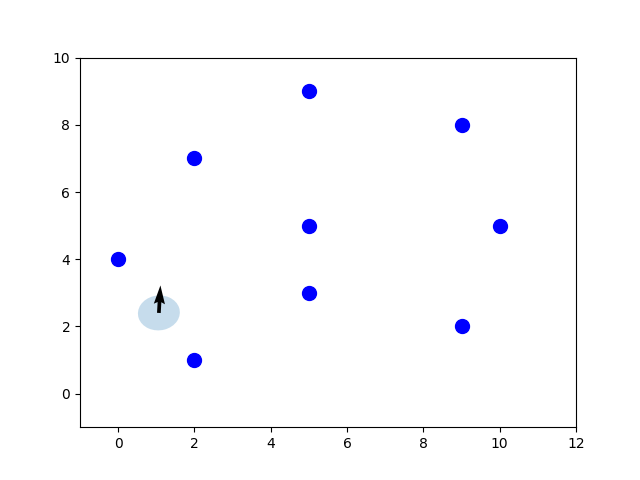
Repository: M-Usamah/Robotics
Script's output: python Project/code/kalman_filter_fill.py
The author's editor kept a copy of each file at every save. The script's output is drawn from the files as they stood at one save, then again after a run of saves.
Animations are shown at an early frame. Random numbers start from a fixed seed.

Above is the script's output before, as saved 2021-01-16 23:23:57.

### Project/code/kalman_filter_fill.py
import numpy as np
import scipy.stats
import matplotlib.pyplot as plt
from read_data import read_world, read_sensor_data
from matplotlib.patches import Ellipse

#plot preferences, interactive plotting mode
fig = plt.figure()
plt.axis([-1, 12, 0, 10])
plt.ion()
plt.show()

def plot_state(mu, sigma, landmarks, map_limits):
    # Visualizes the state of the kalman filter.
    #
    # Displays the mean and standard deviation of the belief,
    # the state covariance sigma and the position of the
    # landmarks.

    # landmark positions
    lx = []
    ly = []

    for i in range (len(landmarks)):
        lx.append(landmarks[i+1][0])
        ly.append(landmarks[i+1][1])

    # mean of belief as current estimate
    estimated_pose = mu

    #calculate and plot covariance ellipse
    covariance = sigma[0:2, 0:2]
    eigenvals, eigenvecs = np.linalg.eig(covariance)

    #get largest eigenvalue and eigenvector
    max_ind = np.argmax(eigenvals)
    max_eigvec = eigenvecs[:, max_ind]
    max_eigval = eigenvals[max_ind]

    #get smallest eigenvalue and eigenvector
    min_ind = 0
    if max_ind == 0:
        min_ind = 1

    min_eigvec = eigenvecs[:, min_ind]
    min_eigval = eigenvals[min_ind]

    #chi-square value for sigma confidence interval
    chisquare_scale = 2.2789

    #calculate width and height of confidence ellipse
    width = 2 * np.sqrt(chisquare_scale*max_eigval)
    height = 2 * np.sqrt(chisquare_scale*min_eigval)
    angle = np.arctan2(max_eigvec[1], max_eigvec[0])

    #generate covariance ellipse
    ell = Ellipse(xy = [estimated_pose[0], estimated_pose[1]], width=width, height=height, angle=angle/np.pi*180)
    ell.set_alpha(0.25)

    # plot filter state and covariance
    plt.clf()
    plt.gca().add_artist(ell)
    plt.plot(lx, ly, 'bo', markersize=10)
    plt.quiver(estimated_pose[0], estimated_pose[1], np.cos(estimated_pose[2]), np.sin(estimated_pose[2]), angles='xy', scale_units='xy')
    plt.axis(map_limits)

    plt.pause(0.01)

def prediction_step(odometry, mu, sigma):
    # Updates the belief, i.e., mu and sigma, according to the motion
    # model
    #
    # mu: 3x1 vector representing the mean (x,y,theta) of the
    # belief distribution
    # sigma: 3x3 covariance matrix of belief distribution
    x = mu[0]
    y = mu[1]
    theta = mu[2]
    delta_rot1 = odometry["r1"]
    delta_trans = odometry["t"]
    delta_rot2 = odometry["r2"]

    #motion noise
    Q = np.array([[0.2, 0.0, 0.0],\
    [0.0, 0.2, 0.0],\
    [0.0, 0.0, 0.02]])

    #noise free motion
    x_new = x + delta_trans * np.cos(theta + delta_rot1)
    y_new = y + delta_trans * np.sin(theta + delta_rot1)
    theta_new = theta + delta_rot1 + delta_rot2

    #Jakobian of g with respect to the state
    G = np.array([[1.0, 0.0, -delta_trans * np.sin(theta + delta_rot1)],\
    [0.0, 1.0, delta_trans * np.cos(theta + delta_rot1)],\
    [0.0, 0.0, 1.0]])

    #new mu and sigma
    mu = [x_new, y_new, theta_new]
    sigma = np.dot(np.dot(G,sigma),np.transpose(G)) + Q
    return mu, sigma


def correction_step(sensor_data, mu, sigma, landmarks):
    # updates the belief, i.e., mu and sigma, according to the
    # sensor model
    #
    # The employed sensor model is range-only
    #
    # mu: 3x1 vector representing the mean (x,y,theta) of the
    # belief distribution
    # sigma: 3x3 covariance matrix of belief distribution
    x = mu[0]
    y = mu[1]
    theta = mu[2]
    #measured landmark ids and ranges
    ids = sensor_data["id"]
    ranges = sensor_data["range"]
    # Compute the expected range measurements for each landmark.
    # This corresponds to the function h
    H = []
    Z = []
    expected_ranges = []
    for i in range(len(ids)):
        lm_id = ids[i]
        meas_range = ranges[i]
        lx = landmarks[lm_id][0]
        ly = landmarks[lm_id][1]
        #calculate expected range measurement
        range_exp = np.sqrt( (lx - x)**2 + (ly - y)**2 )
        #compute a row of H for each measurement
        H_i = [(x - lx)/range_exp, (y - ly)/range_exp, 0]
        H.append(H_i)
        Z.append(ranges[i])
        expected_ranges.append(range_exp)

    # noise covariance for the measurements
    R = 0.5 * np.eye(len(ids))

    # Kalman gain
    K_help = np.linalg.inv(np.dot(np.dot(H,sigma),np.transpose(H)) + R)
    K = np.dot(np.dot(sigma,np.transpose(H)),K_help)

    # Kalman correction of mean and covariance
    mu = mu + np.dot(K,(np.array(Z) - np.array(expected_ranges)))
    sigma = np.dot(np.eye(len(sigma)) - np.dot(K,H),sigma)
    return mu, sigma

def main():
    # implementation of an extended Kalman filter for robot pose estimation

    print("Reading landmark positions")
    landmarks = read_world(r"C:\Users\User\Desktop\mce412-project\data\world.dat")

    print("Reading sensor data")
    sensor_readings = read_sensor_data(r"C:\Users\User\Desktop\mce412-project\data\sensor_data.dat")

    #initialize belief
    mu = [0.0, 0.0, 0.0]
    sigma = np.array([[1.0, 0.0, 0.0],
                    [0.0, 1.0, 0.0],
                    [0.0, 0.0, 1.0]])

    map_limits = [-1, 12, -1, 10]

    #run kalman filter
    for timestep in range(len(sensor_readings)//2):

        #plot the current state
        plot_state(mu, sigma, landmarks, map_limits)

        #perform prediction step
        mu, sigma = prediction_step(sensor_readings[timestep,'odometry'], mu, sigma)

        #perform correction step
        mu, sigma = correction_step(sensor_readings[timestep, 'sensor'], mu, sigma, landmarks)

    plt.show("hold")

if __name__ == "__main__":
    main()

### Project/code/read_data.py
def read_world(filename):
    # Reads the world definition and returns a list of landmarks, our 'map'.
    #
    # The returned dict contains a list of landmarks each with the
    # following information: {id, [x, y]}

    landmarks = dict()

    f = open(filename)

    for line in f:

        line_s  = line.split('\n')
        line_spl  = line_s[0].split(' ')
        landmarks[int(line_spl[0])] = [float(line_spl[1]),float(line_spl[2])]

    return landmarks

def read_sensor_data(filename):
    # Reads the odometry and sensor readings from a file.
    #
    # The data is returned in a dict where the u_t and z_t are stored
    # together as follows:
    #
    # {odometry,sensor}
    #
    # where "odometry" has the fields r1, r2, t which contain the values of
    # the identically named motion model variables, and sensor is a list of
    # sensor readings with id, range, bearing as values.
    #
    # The odometry and sensor values are accessed as follows:
    # odometry_data = sensor_readings[timestep, 'odometry']
    # sensor_data = sensor_readings[timestep, 'sensor']

    sensor_readings = dict()

    lm_ids =[]
    ranges=[]
    bearings=[]

    first_time = True
    timestamp = 0
    f = open(filename)

    for line in f:

        line_s = line.split('\n') # remove the new line character
        line_spl = line_s[0].split(' ') # split the line

        if (line_spl[0]=='ODOMETRY'):

            sensor_readings[timestamp,'odometry'] = {'r1':float(line_spl[1]),'t':float(line_spl[2]),'r2':float(line_spl[3])}

            if first_time:
                first_time = False

            else:
                sensor_readings[timestamp,'sensor'] = {'id':lm_ids,'range':ranges,'bearing':bearings}
                lm_ids=[]
                ranges = []
                bearings = []

            timestamp = timestamp+1

        if(line_spl[0]=='SENSOR'):

            lm_ids.append(int(line_spl[1]))
            ranges.append(float(line_spl[2]))
            bearings.append(float(line_spl[3]))

        sensor_readings[timestamp-1,'sensor'] = {'id':lm_ids,'range':ranges,'bearing':bearings}

    return sensor_readings

Loaded but not shown: Project/data/world.dat (common file); Project/data/sensor_data.dat (1543 lines, source omitted)

After the next 2 saves:
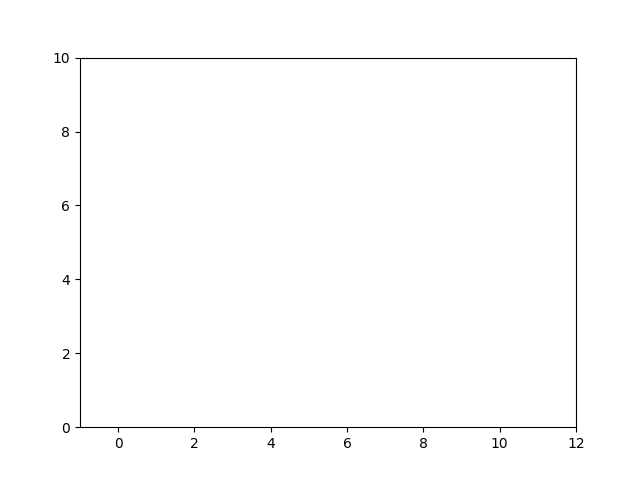
Error: NameError: name '_name_' is not defined
The 2 saves are shown as one change because 1 did not build or start.
The last was saved 5 min 32 s later.
--- a/Project/code/kalman_filter_fill.py
+++ b/Project/code/kalman_filter_fill.py
@@ -71,33 +71,37 @@
     # model
     #
     # mu: 3x1 vector representing the mean (x,y,theta) of the
-    # belief distribution
+    #     belief distribution
     # sigma: 3x3 covariance matrix of belief distribution
+
     x = mu[0]
     y = mu[1]
     theta = mu[2]
-    delta_rot1 = odometry["r1"]
-    delta_trans = odometry["t"]
-    delta_rot2 = odometry["r2"]
+
+    delta_rot1 = odometry['r1']
+    delta_trans = odometry['t']
+    delta_rot2 = odometry['r2']
 
     #motion noise
-    Q = np.array([[0.2, 0.0, 0.0],\
-    [0.0, 0.2, 0.0],\
-    [0.0, 0.0, 0.02]])
+    Q = np.array([[0.2, 0.0, 0.0],
+                   [0.0, 0.2, 0.0],
+                   [0.0, 0.0, 0.02]])
+    #noise free motion (FILL)
+    x_new = x + delta_trans * np.cos(theta + delta_rot1)
+    y_new =  y + delta_trans * np.sin(theta + delta_rot1)
+    theta_new =  theta + delta_rot1 + delta_rot2
 
-    #noise free motion
-    x_new = x + delta_trans * np.cos(theta + delta_rot1)
-    y_new = y + delta_trans * np.sin(theta + delta_rot1)
-    theta_new = theta + delta_rot1 + delta_rot2
 
-    #Jakobian of g with respect to the state
+    #Jakobian of g with respect to the state (FILL)
     G = np.array([[1.0, 0.0, -delta_trans * np.sin(theta + delta_rot1)],\
-    [0.0, 1.0, delta_trans * np.cos(theta + delta_rot1)],\
-    [0.0, 0.0, 1.0]])
+                  [0.0, 1.0, delta_trans * np.cos(theta + delta_rot1)],\
+                  [0.0, 0.0, 1.0]])
 
-    #new mu and sigma
+    #new mu and sigma (FILL)
     mu = [x_new, y_new, theta_new]
+
     sigma = np.dot(np.dot(G,sigma),np.transpose(G)) + Q
+
     return mu, sigma
 
 
@@ -108,14 +112,16 @@
     # The employed sensor model is range-only
     #
     # mu: 3x1 vector representing the mean (x,y,theta) of the
-    # belief distribution
+    #     belief distribution
     # sigma: 3x3 covariance matrix of belief distribution
+
     x = mu[0]
     y = mu[1]
     theta = mu[2]
+
     #measured landmark ids and ranges
-    ids = sensor_data["id"]
-    ranges = sensor_data["range"]
+    ids = sensor_data['id']
+    ranges = sensor_data['range']
     # Compute the expected range measurements for each landmark.
     # This corresponds to the function h
     H = []
@@ -126,40 +132,38 @@
         meas_range = ranges[i]
         lx = landmarks[lm_id][0]
         ly = landmarks[lm_id][1]
-        #calculate expected range measurement
-        range_exp = np.sqrt( (lx - x)**2 + (ly - y)**2 )
-        #compute a row of H for each measurement
-        H_i = [(x - lx)/range_exp, (y - ly)/range_exp, 0]
+        #calculate expected range measurement (FILL)
+        range_exp = np.sqrt( (lx - x)*2 + (ly - y)*2 )
+        #compute a row of H for each measurement (FILL)
+        H_i =  [(x - lx)/range_exp, (y - ly)/range_exp, 0]
         H.append(H_i)
         Z.append(ranges[i])
         expected_ranges.append(range_exp)
-
     # noise covariance for the measurements
     R = 0.5 * np.eye(len(ids))
-
-    # Kalman gain
-    K_help = np.linalg.inv(np.dot(np.dot(H,sigma),np.transpose(H)) + R)
+    # Kalman gain (FILL)
+    K_help =  np.linalg.inv(np.dot(np.dot(H,sigma),np.transpose(H)) + R)
     K = np.dot(np.dot(sigma,np.transpose(H)),K_help)
-
-    # Kalman correction of mean and covariance
+    # Kalman correction of mean and covariance (FILL)
     mu = mu + np.dot(K,(np.array(Z) - np.array(expected_ranges)))
     sigma = np.dot(np.eye(len(sigma)) - np.dot(K,H),sigma)
+
     return mu, sigma
 
 def main():
     # implementation of an extended Kalman filter for robot pose estimation
 
     print("Reading landmark positions")
-    landmarks = read_world(r"C:\Users\User\Desktop\mce412-project\data\world.dat")
+    landmarks = read_world(r'C:\Users\User\Desktop\mce412-project\data\world.dat')
 
     print("Reading sensor data")
-    sensor_readings = read_sensor_data(r"C:\Users\User\Desktop\mce412-project\data\sensor_data.dat")
+    sensor_readings = read_sensor_data(r'C:\Users\User\Desktop\mce412-project\data\sensor_data.dat')
 
     #initialize belief
     mu = [0.0, 0.0, 0.0]
     sigma = np.array([[1.0, 0.0, 0.0],
-                    [0.0, 1.0, 0.0],
-                    [0.0, 0.0, 1.0]])
+                      [0.0, 1.0, 0.0],
+                      [0.0, 0.0, 1.0]])
 
     map_limits = [-1, 12, -1, 10]
 
@@ -175,7 +179,7 @@
         #perform correction step
         mu, sigma = correction_step(sensor_readings[timestep, 'sensor'], mu, sigma, landmarks)
 
-    plt.show("hold")
+    plt.show('hold')
 
-if __name__ == "__main__":
+if _name_ == "_main_":
     main()

After the save that followed:
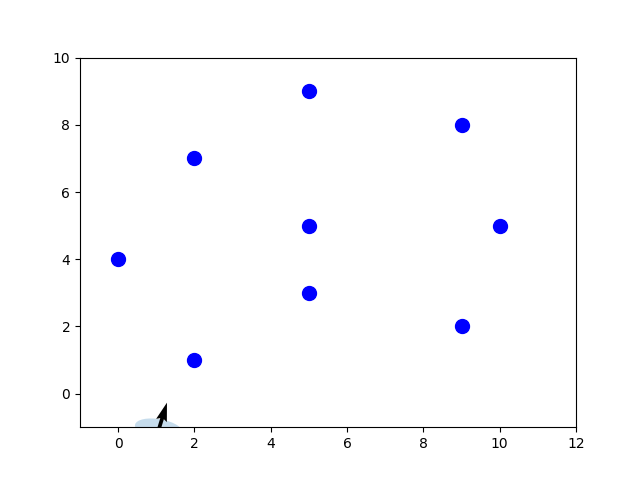
The error is gone.
Saved 28 s later.
--- a/Project/code/kalman_filter_fill.py
+++ b/Project/code/kalman_filter_fill.py
@@ -181,5 +181,5 @@
 
     plt.show('hold')
 
-if _name_ == "_main_":
+if __name__ == "__main__":
     main()
